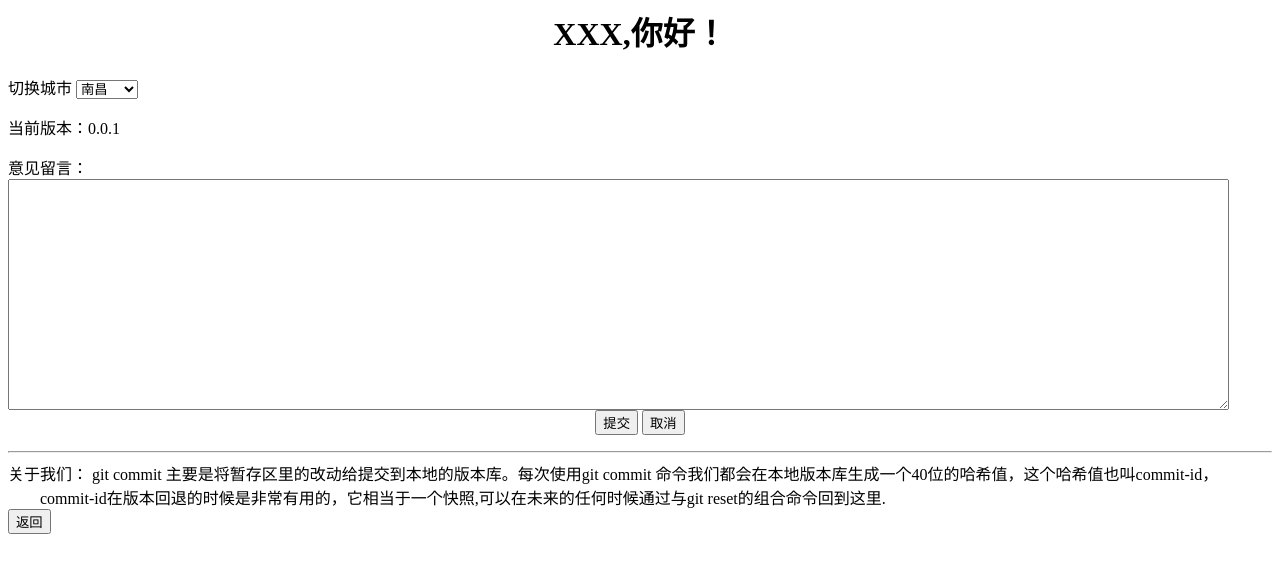
Repository: never-404/Intelligent-recommendation-system
Page: http://localhost/Intelligent-recommendation-system/mainpage.jsp
These files come from the project's save history. The page is drawn as it stood at one moment and after the next save; the edit follows.
The browser window is 1280 px wide. The pictures show the whole page.
The page is served by Tomcat 9. Nobody is signed in. The application's start-up code is not run. Other server files are loaded and not shown.

Above is the page before, as saved 2019-04-12 10:11:38.

### Intelligent-recommendation-system/WebRoot/mainpage.jsp
<%@ page language="java" contentType= "text/html;charset=gb2312" %>
<html>

	<head>
		<title>登录页面</title>
	    <meta charset="utf-8">

		<style type="text/css">
		div.title
		{
			margin:auto;
			width:25%;
			background-color:#b0e0e6;
		}
		div.table
		{
			margin:auto;
			width:25%;
			background-color:#b0e0e6;
		}
		lable { float: left; width: 7em; margin-right:1em; text-align: right; }
		h1	  {text-align: center}

        div.a{
            text-align:center;
            vertical-align:middle;
        }
        img{max-width: 100%; height:auto;}

</style>
	</head>

	<body>

	<h1>XXX,你好！</h1>

    	切换城市
    	<select>
    		<option>南昌</option>
    		<option>北京</option>
    		<option>黑龙江</option>
    	</select>
        <br>
        <p>当前版本：0.0.1</p>

	<form>
		意见留言：        <br>
		<textarea rows="15" cols="150"></textarea><br>
		<div class="a">
			<input type="submit" value ="提交">
			<input type="reset"  value="取消">
		</div>
	</form>
	<hr>
	关于我们： git commit 主要是将暂存区里的改动给提交到本地的版本库。每次使用git commit 命令我们都会在本地版本库生成一个40位的哈希值，这个哈希值也叫commit-id，
　　commit-id在版本回退的时候是非常有用的，它相当于一个快照,可以在未来的任何时候通过与git reset的组合命令回到这里.
        <br>
	<form action = "mainpage.jsp" method = "post">
		<input type="submit" value ="返回">
	</form>

	</body>


</html>

After the next save:
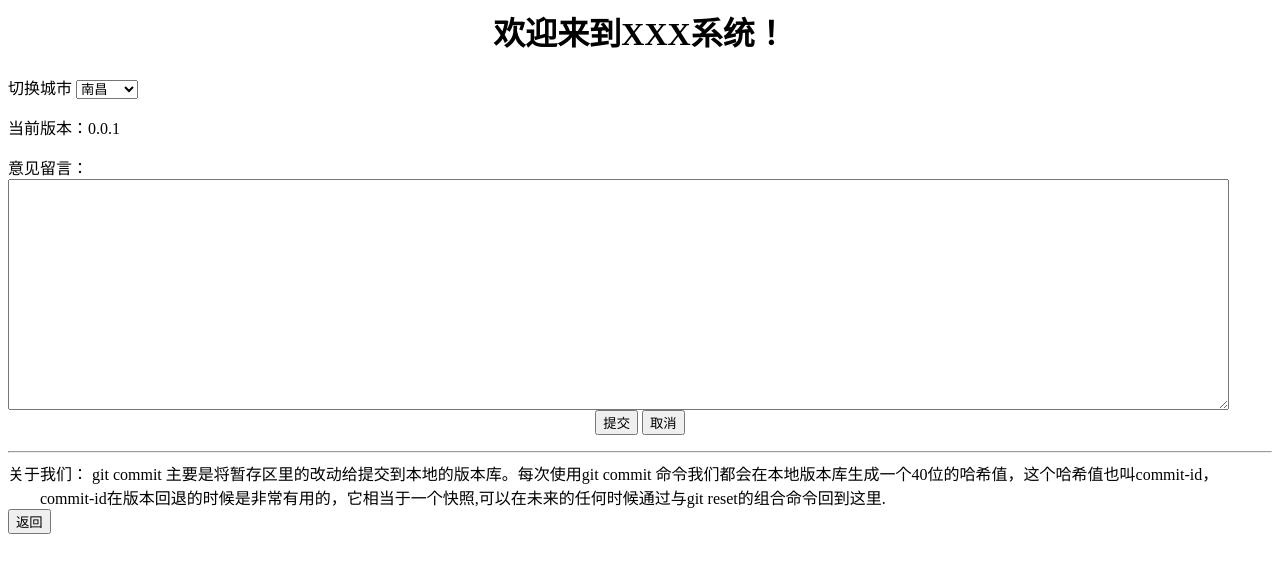
Saved 39 s later.
--- a/Intelligent-recommendation-system/WebRoot/mainpage.jsp
+++ b/Intelligent-recommendation-system/WebRoot/mainpage.jsp
@@ -32,7 +32,7 @@
 
 	<body>
 
-	<h1>XXX,你好！</h1>
+	<h1>欢迎来到XXX系统！</h1>
 
     	切换城市
     	<select>
